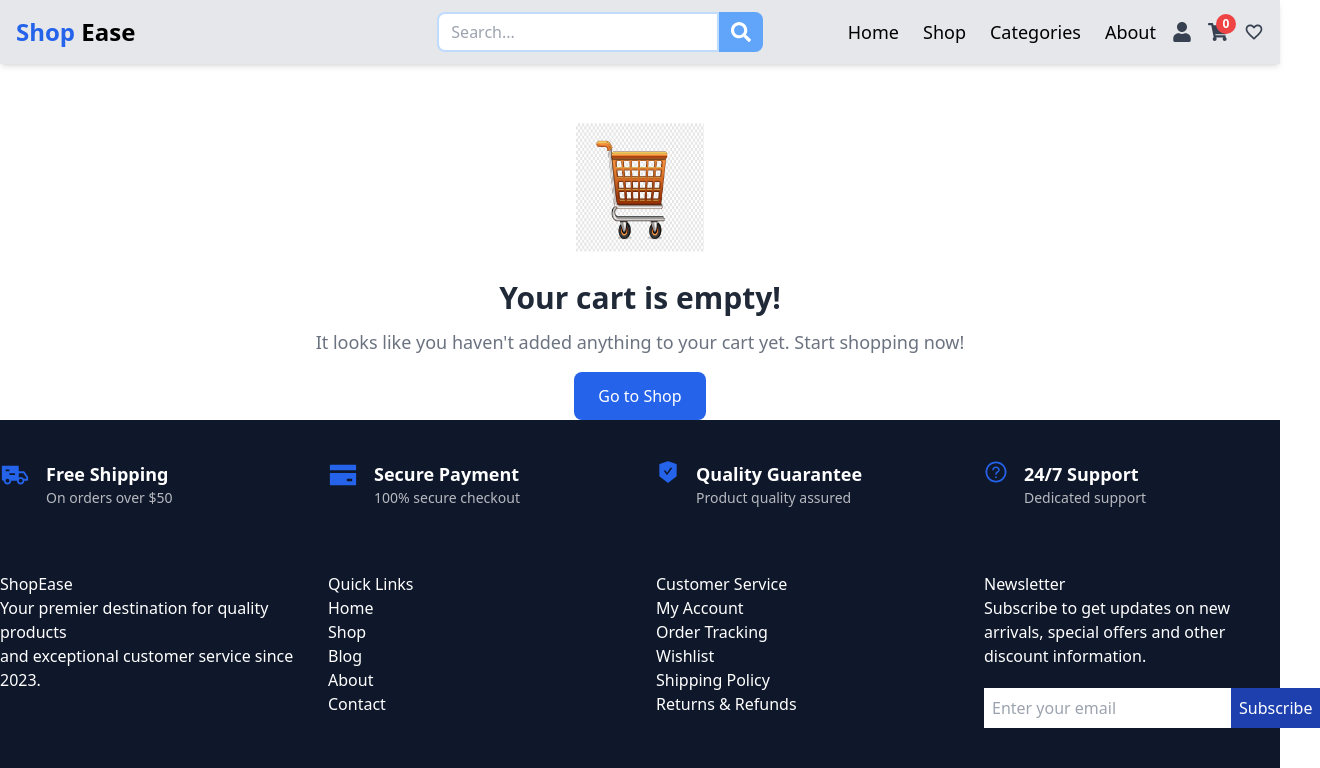
Repository: Muyassar-Mamdoh-Salem/project
Page: /cart
These files come from the project's save history. The page is drawn as it stood at one moment and after a run of saves; the edit follows.
The browser window is 1280 px wide. The page is 1320 px wide, so the pictures cover 1320 px, including what lies to the right of the window. The pictures show the whole page.
The project was rebuilt for these pictures with package versions that can differ from the ones it lists, and the page was loaded fresh each time. Also part of the build but not shown: vite.config.js, src/pages/Sign.jsx, src/pages/Products.jsx, src/pages/Banner.jsx, src/components/Home.jsx, src/components/Shop.jsx, src/components/About.jsx, src/components/Categories.jsx and 2 more.

Above is the page before, as saved 2025-05-20 22:34:21.

After the next 5 saves:
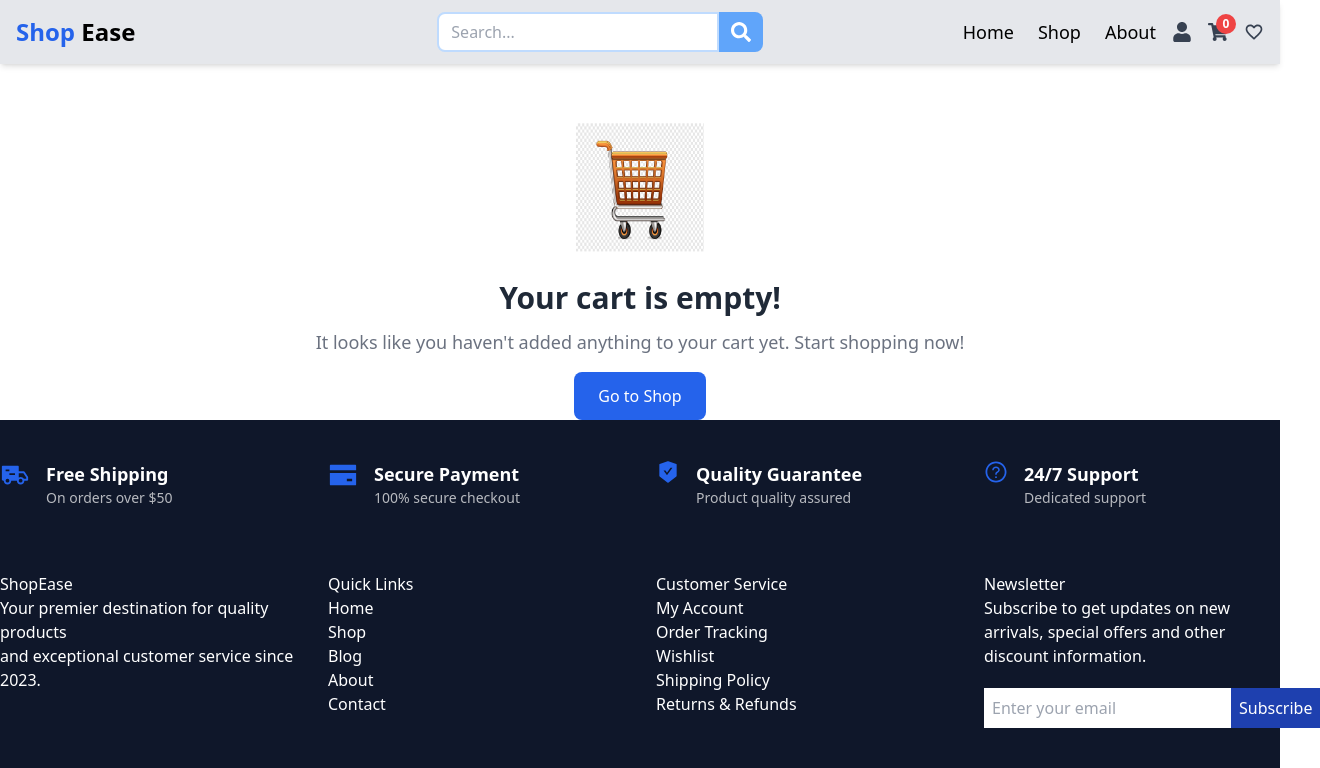
The 5 saves are shown as one change because they came seconds apart.
The last was saved 13 s later.
--- a/src/components/Header.jsx
+++ b/src/components/Header.jsx
@@ -60,7 +60,7 @@ const Header = () => {
             <nav className="hidden md:flex space-x-6 text-lg">
               <HashLink smooth to="/#top" onClick={() => setOpenBar(false)} className="hover:text-blue-500 transition duration-300 ">Home</HashLink>
               <HashLink to="/shop" className="hover:text-blue-500 transition duration-300">Shop</HashLink>
-              <HashLink to="/categories" className="hover:text-blue-500 transition duration-300 ">Categories</HashLink>
+              <HashLink to="/categories" className="hover:text-blue-500 transition duration-300 md:hidden">Categories</HashLink>
               <HashLink to="/about" className="hover:text-blue-500 transition duration-300">About</HashLink>
             </nav>
 
